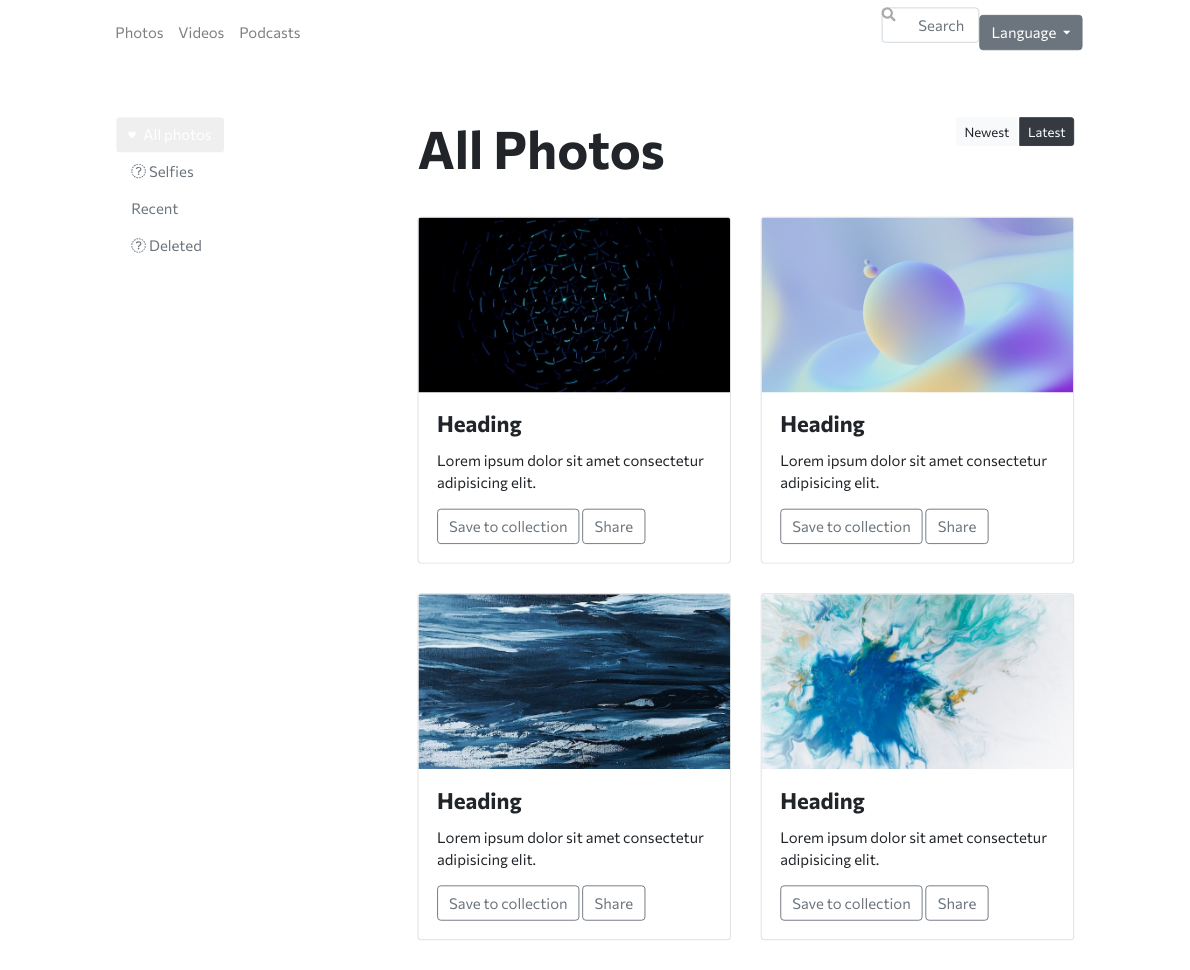
Repository: AlisaSkryp/photoblog
Page: index.html
The author's editor kept a copy of each file at every save. The page is drawn from the files as they stood at one save, then again after a run of saves.
The browser window is 1280 px wide. The pictures show the whole page, at 93% of full size.
Some web libraries are served in a nearby version.

Above is the page before, as saved 2023-04-10 11:25:18.

After the next 5 saves:
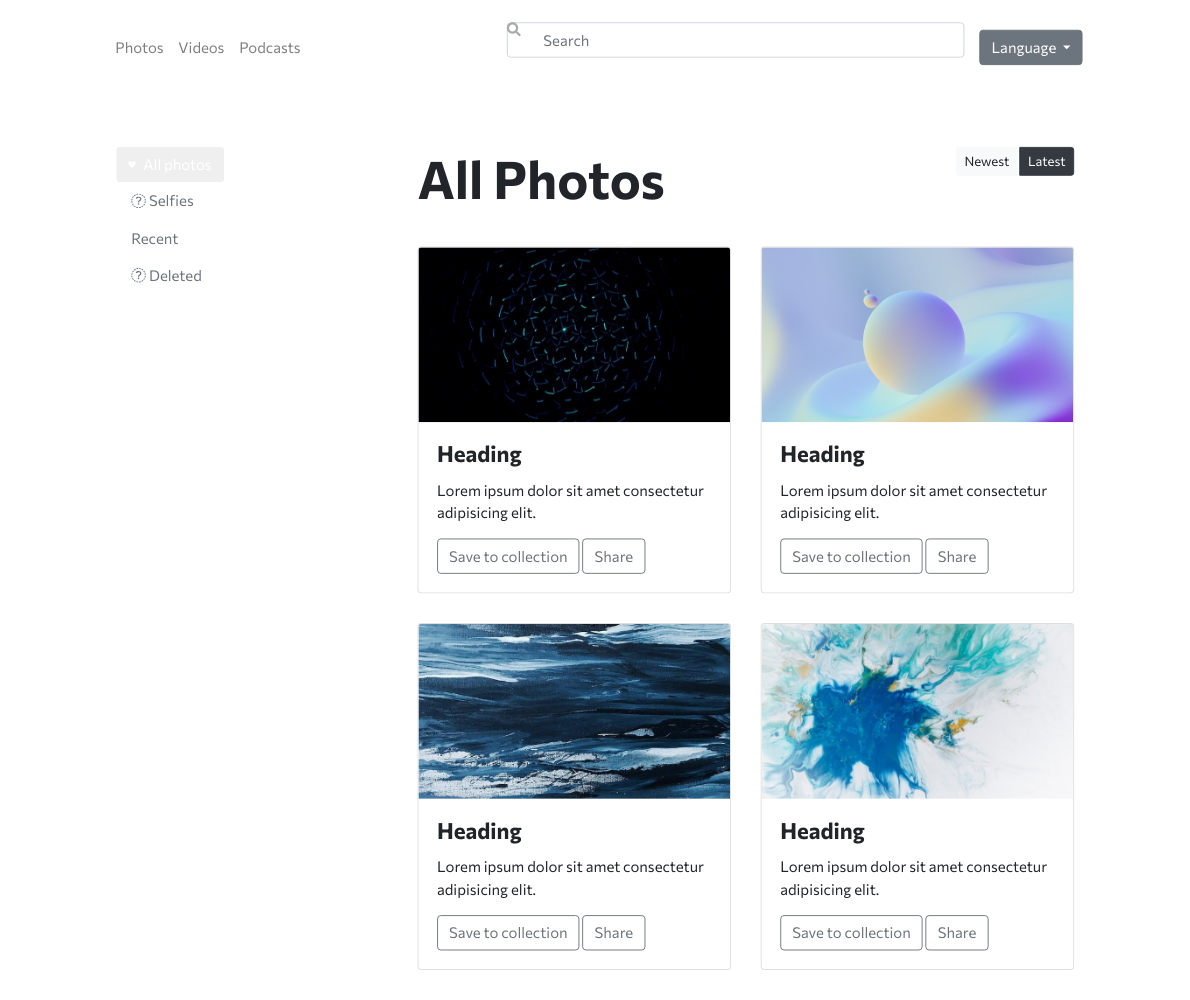
The 5 saves are shown as one change because they came seconds apart.
The last was saved 4 min 34 s later.
--- a/index.html
+++ b/index.html
@@ -30,7 +30,7 @@
 			</li>
 		</ul>
 	</div>
-	<div class="search-container">
+	<div class="search-container col-md-6">
 	 <div class="form-group has-search">
     <span class="fa fa-search form-control-feedback"></span>
     <input type="text" class="form-control" placeholder="Search">
